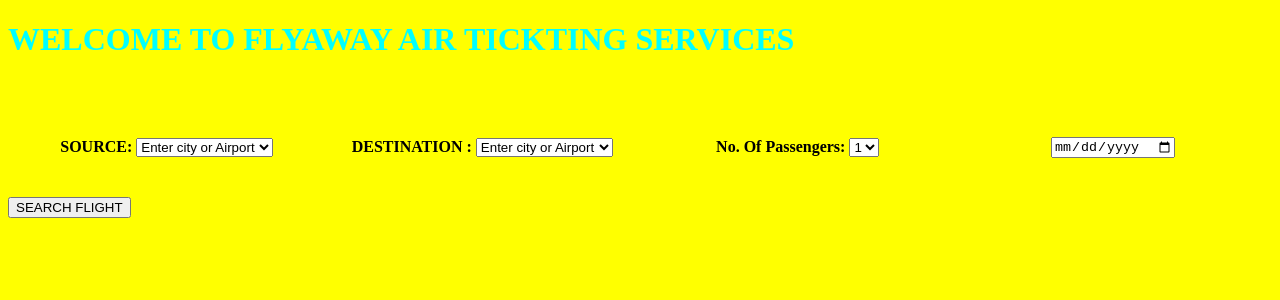
Repository: jha6435/backendcode
Page: demo1forDelete/src/main/webapp/home.html
An editor plug-in stored every save of this project. The page is shown before and after the next save, followed by the edit.
The browser window is 1280 px wide. The pictures show the whole page.

Above is the page before, as saved 2022-12-20 08:57:34.

After the next save:
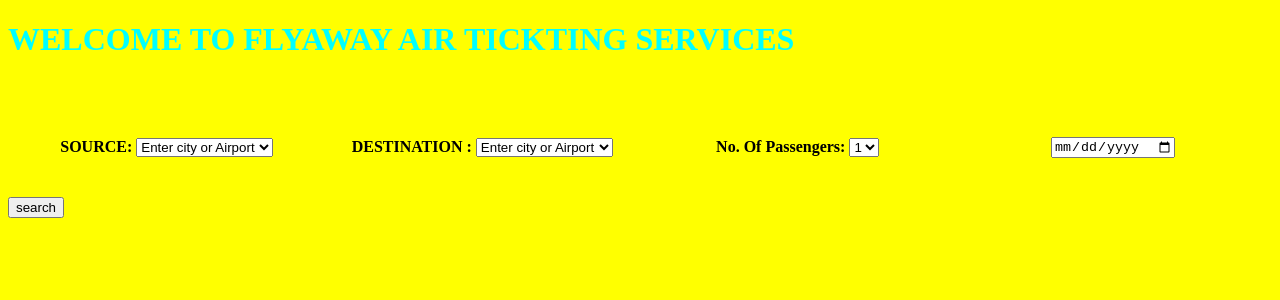
Saved 12 min 24 s later.
--- a/demo1forDelete/src/main/webapp/home.html
+++ b/demo1forDelete/src/main/webapp/home.html
@@ -80,7 +80,7 @@
 
  <br>
  <br>
- <input type="submit" value="SEARCH FLIGHT">
+ <input type="submit" value="search">
 </form>
 
 </body>
